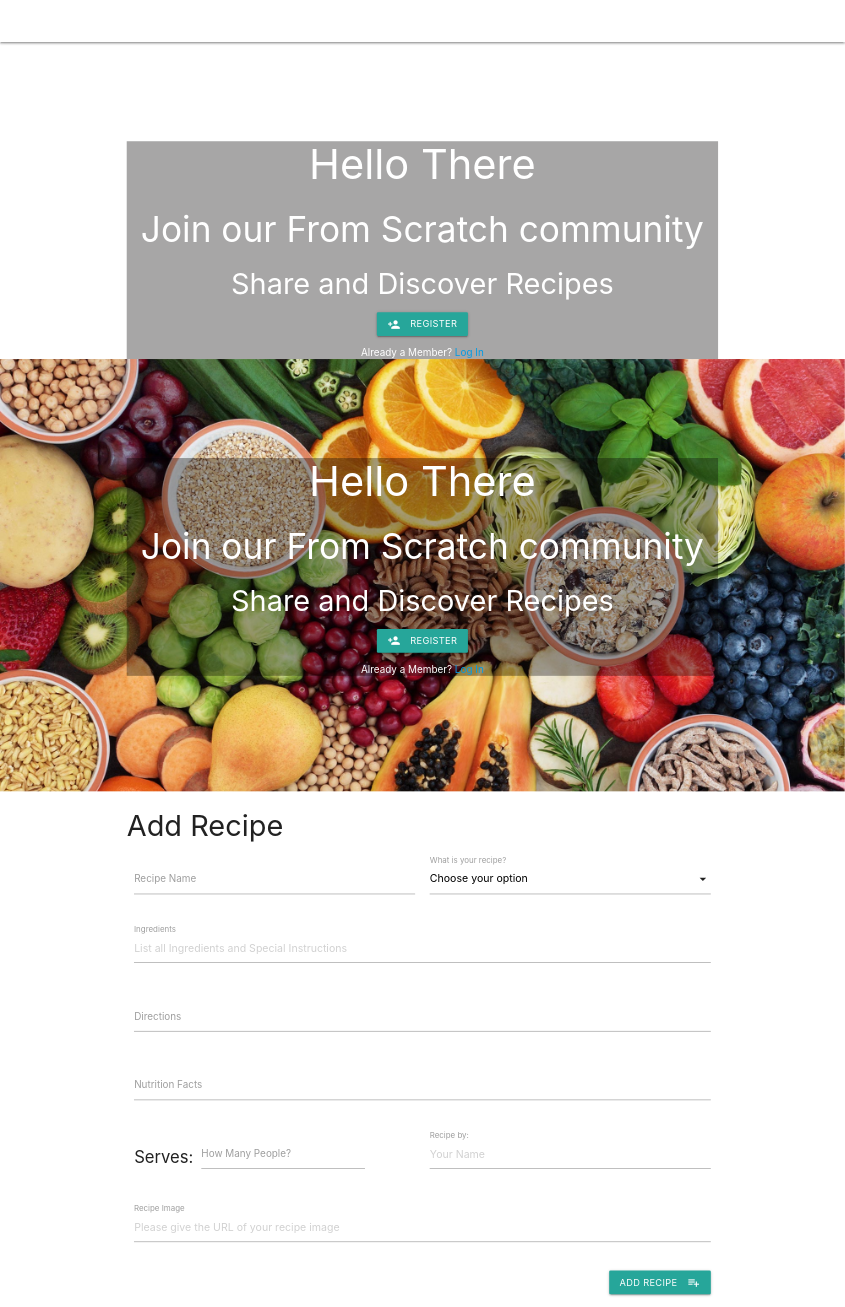
Repository: callendera/MilestoneProject3
Page: http://localhost/
The author's editor kept a record of every edit. The page is drawn from the files as they stood at one moment, then again after the next edit.
The browser window is 1280 px wide. The pictures show the whole page, at 66% of full size.
Backgrounds fixed to the window are drawn as part of the page. The page is served by the project's application, run on Flask 3 (recipe.py). Queries for data that is not in the repository find no rows.

Above is the page before.

After the next edit:
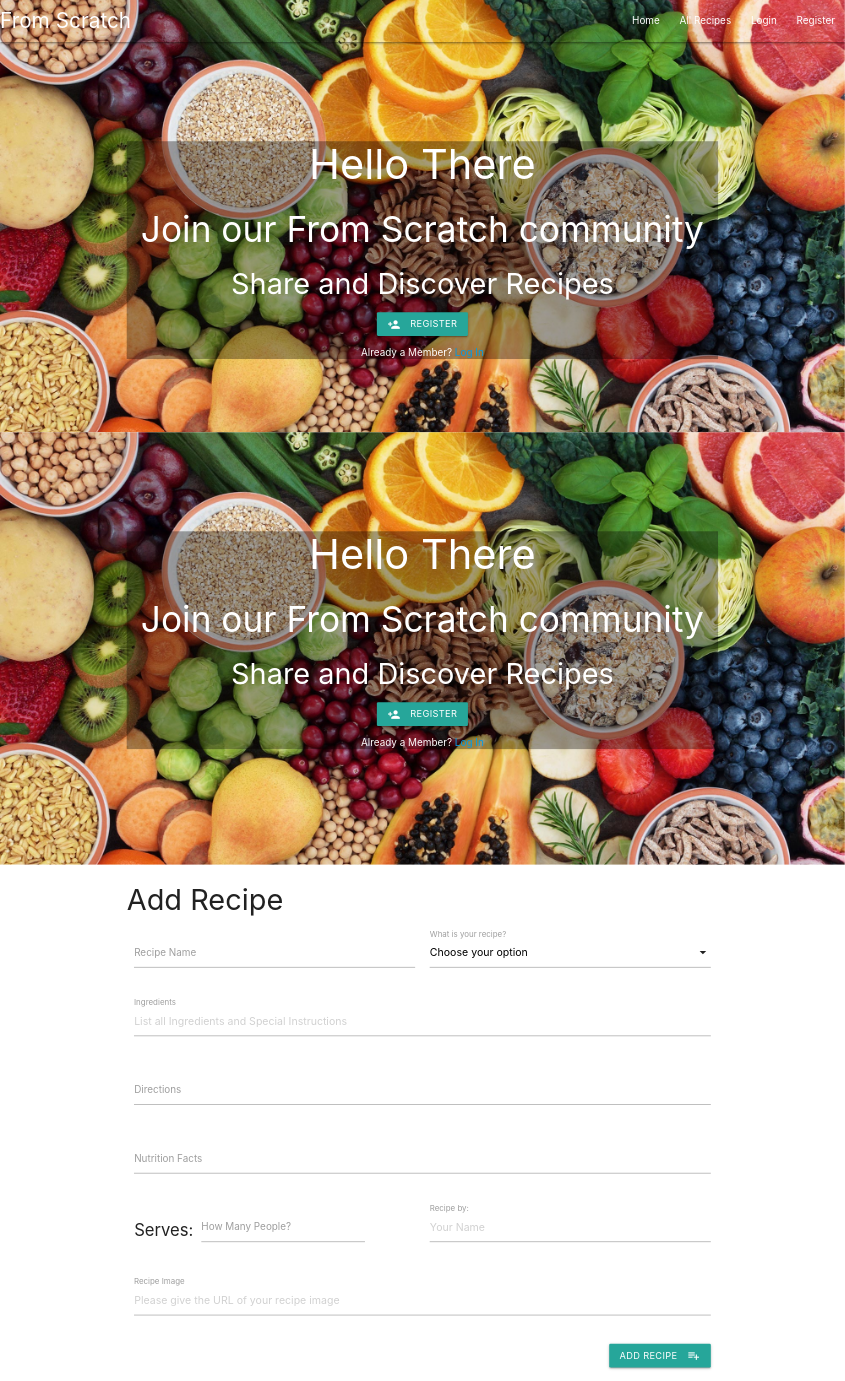
The edit:
--- a/templates/base.html
+++ b/templates/base.html
@@ -12,6 +12,7 @@
 </head>
 
 <body>
+    <div class="callout background-callout">
     <div class="navbar-fixed ">
         <nav class="transparent">
             <div class="nav-wrapper my-navbar-margin">
